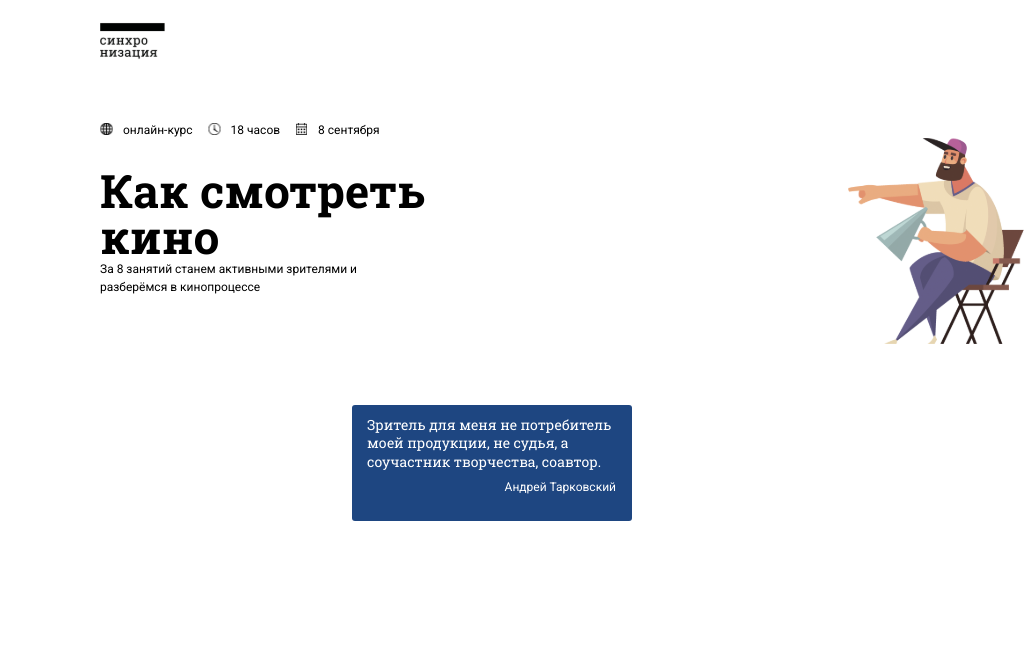
Repository: HeybetzadeQedim/task-2
Page: index.html
These files come from the project's save history. The page is drawn as it stood at one moment and after a run of saves; the edit follows.
The browser window is 1024 px wide. The pictures show the whole page.

Above is the page before, as saved 2023-10-04 16:11:44.

### index.html
<!DOCTYPE html>
<html lang="en">
  <head>
    <meta charset="UTF-8" />
    <meta name="viewport" content="width=device-width, initial-scale=1.0" />
    <title>Document</title>
    <link rel="stylesheet" href="./index.css" />
  </head>
  <body>
    <div class="main-container">
      <img src="./ımages/logo_mobile_black 1.svg" />
      <ul class="image-container">
        <li>
            <img src="./ımages/globe.svg" />
            <p>онлайн-курс</p>
        </li>
      <li>
        <img src="./ımages/img_135744.svg" />
        <p>18 часов</p>
      </li>

        <li>
            <img src="./ımages/calendar_2.svg" />
            <p>8 сентября</p>
        </li>
      </ul>
      <div class="flex-container">
        <div class="text-container">
          <h1>Как смотреть кино</h1>
          <p>
            За 8 занятий станем активными зрителями и разберёмся в кинопроцессе
          </p>
        </div>

          <img src="./ımages/noroot 1.svg" />

      </div>
      <div class="box">
        <p>
          Зритель для меня не потребитель моей продукции, не судья, а соучастник
          творчества, соавтор.
        </p>
        <p>Андрей Тарковский</p>
      </div>
    </div>
  </body>
</html>

### index.css
@import url("https://fonts.googleapis.com/css2?family=Roboto&family=Roboto+Slab:wght@400;700&display=swap");
* {
  margin: 0;
  padding: 0;
  box-sizing: border-box;
}
.main-container {
  padding: 21px 246px 173px 121px;
}
.main-container img:first-child {
  width: 112px;
  height: 66px;
}
.main-container .image-container {
  display: flex;
  margin-top: 100px;
}
.image-container li{
  margin-right: 15px;
  list-style-type: none;
  display: flex;
  align-items: center;
}
.image-container img:first-child {
  width: 22px;
  height: 21px;
}
.image-container img:nth-child(2) {
  width: 22px;
  height: 22px;
}
.image-container img:last-child {
  width: 20px;
  height: 22px;
}
.image-container p {
  color: #000;
  margin-left: 10px;
  margin-top: 4px;
  font-family: Roboto;
  font-size: 20px;
  font-style: normal;
  font-weight: 400;
  line-height: 115%;
}
.flex-container {
  display: flex;
  justify-content: space-between;
}
h1 {
  width: 628px;
  margin-top: 29px;
  color: #000;
  font-family: Roboto Slab;
  font-size: 80px;
  font-style: normal;
  font-weight: 700;
  line-height: 101.385%;
}
.text-container p {
  width: 414px;
  color: #000;
  font-family: Roboto;
  font-size: 20px;
  font-style: normal;
  font-weight: 400;
  line-height: 150%;
}

.image-box img:first-child {
  width: 304px;
  height: 356px;
  /* margin-left: 140px; */
}
.box {
  width: 484px;
  height: 200px;
  /* margin: 87px 0 173px 409px; */
  margin: auto;
  margin-top: 87px;
  border-radius: 5px;
  background: #1e4681;
  padding: 19px 27px 68px 26px;
}
.box p:first-child {
  width: 431px;
  color: #fff;
  font-family: Roboto Slab;
  font-size: 25px;
  font-style: normal;
  font-weight: 400;
  line-height: 130%;
}
.box p:last-child {
  color: #fff;
  text-align: right;
  font-family: Roboto;
  font-size: 20px;
  font-style: normal;
  font-weight: 400;
  line-height: 130%;
}

/* tablet style */
@media screen and (max-width: 1024px) {
  .main-container {
    padding: 22px 0 70px 100px ;
  }
  .main-container img:first-child {
    width: 64.867px;
    height: 38.225px;
  }
 .main-container .image-container {
    margin-top: 56px;
  }
  .image-container img:first-child {
    width: 13px;
    height: 12px;
  }
  .image-container img:nth-child(2) {
    width: 13px;
    height: 13px;
  }
  .image-container img:last-child {
    width: 12px;
    height: 13px;
  }
  .image-container p {
    font-size: 12px;
  }
  h1 {
    font-size: 46px;
    width: 364px;
  }
  .text-container p {
    font-size: 12px;
    width: 264px;

  }
  .image-box img:first-child {
    width: 176px;
    height: 206px;
  }
  .box {
    width: 280px;
    height: 116px;
    border-radius: 3px;
    margin: 61px 0 100px 252px;
    padding: 11px 16px 4px 15px ;
  }
  .box p:first-child {
    width: 249px;
    font-size: 14px;
  }
  .box p:last-child {
    font-size: 12px;
    margin-top: 9px;
  }
  .flex-container img{
    width: 176.067px;
height: 206.183px;
  }
}
/* mobile style */
@media screen and (max-width: 768px) {
  .main-container {
    padding: 36px 32px 75px 36px;
  }
  .main-container img:first-child {
    width: 52px;
    height: 31px;
  }
  .image-container {
    margin-top: 45px;
  }
  .image-container img:first-child {
    width: 10px;
    height: 10px;
  }
  .image-container img:nth-child(2) {
    width: 10px;
    height: 10px;
  }
  .image-container img:last-child {
    width: 9px;
    height: 10px;
  }
  .image-container p {
    font-size: 10px;
  }
  h1 {
    width: 293px;
    font-size: 37px;
  }
  .text-container p {
    font-size: 10px;
    width: 212px;
  }
  .image-box img:first-child {
    width: 142px;
    height: 166px;
  }
  .flex-container {
    flex-direction: column;
  }
  .box {
    width: 225px;
    height: 93px;
    margin: 48px 0 75px 38px;
  }
  .box p:first-child {
    width: 201px;
    font-size: 11px;
  }
  .box p:last-child {
    font-size: 10px;
  }
}

After the next 2 saves:
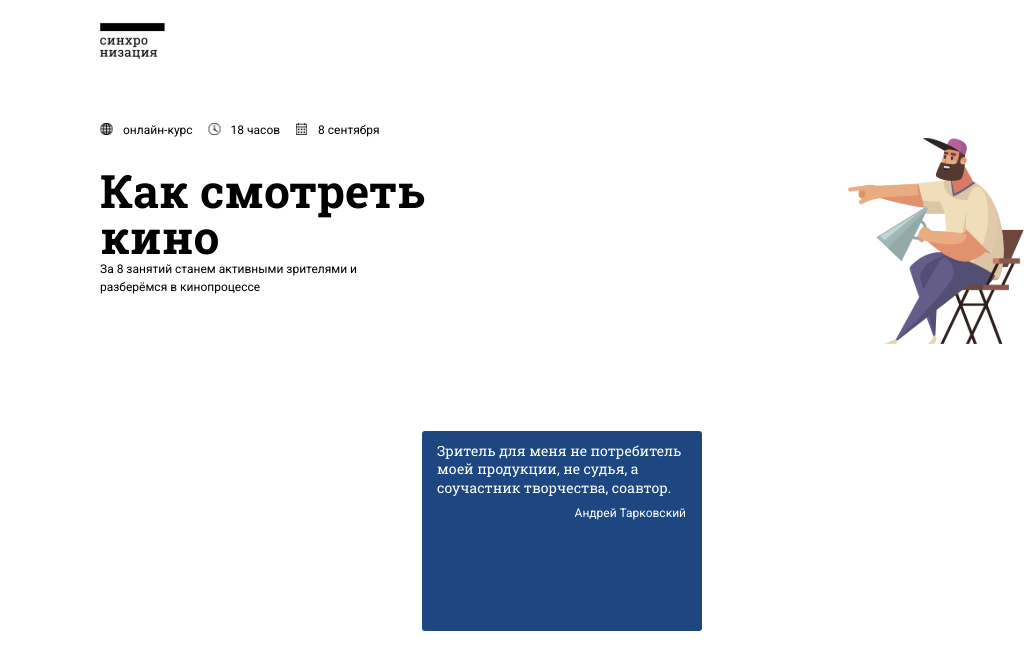
The 2 saves are shown as one change because they came seconds apart.
The last was saved 22 s later.
--- a/index.css
+++ b/index.css
@@ -143,9 +143,9 @@
   }
   .box {
     width: 280px;
-    height: 116px;
+    /* height: 116px; */
     border-radius: 3px;
-    margin: 61px 0 100px 252px;
+    /* margin: 61px 0 100px 252px; */
     padding: 11px 16px 4px 15px ;
   }
   .box p:first-child {
